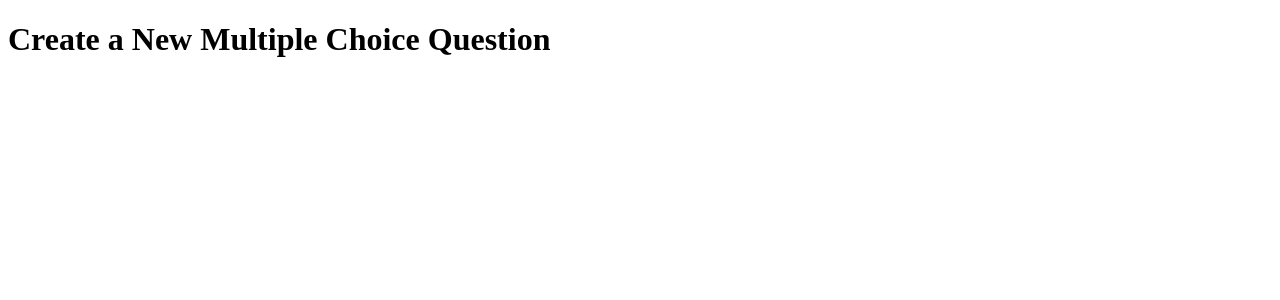
Repository: sarahhtn/CS108_final_project
Page: QuizWebsite/WebContent/CreateMC.html
The author's editor kept a copy of each file at every save. The page is drawn from the files as they stood at one save, then again after the next save.
The browser window is 1280 px wide. The pictures show the whole page.

Above is the page before, as saved 2013-11-16 22:16:56.

### QuizWebsite/WebContent/CreateMC.html
<!DOCTYPE html PUBLIC "-//W3C//DTD HTML 4.01 Transitional//EN" "http://www.w3.org/TR/html4/loose.dtd">
<html>
<head>
<meta http-equiv="Content-Type" content="text/html; charset=UTF-8">
<title>New Multiple Choice Question</title>
</head>
<body>
<h1>Create a New Multiple Choice Question</h1>


</body>
</html>

After the next save:
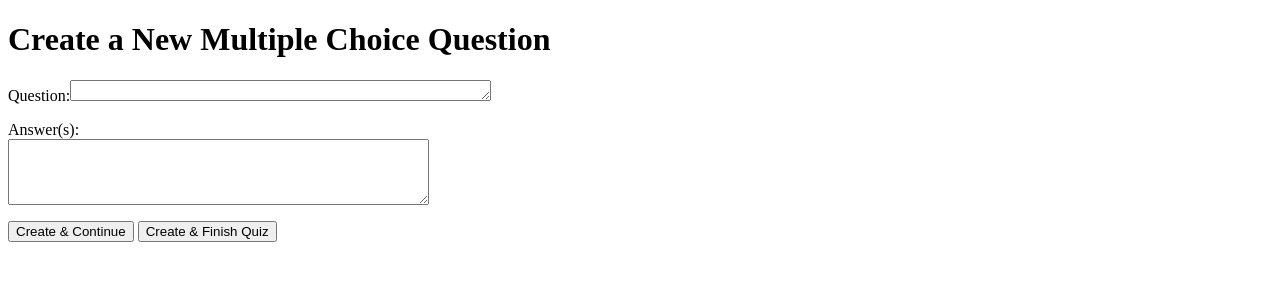
Saved 2 min 4 s later.
--- a/QuizWebsite/WebContent/CreateMC.html
+++ b/QuizWebsite/WebContent/CreateMC.html
@@ -7,6 +7,13 @@
 <body>
 <h1>Create a New Multiple Choice Question</h1>
 
+<form action="MCServlet" method="post">
+<p>Question:<textarea rows = "1" cols = "50" name="question"></textarea> </p>
+<p>Answer(s): <br> <textarea rows = "4" cols = "50" name="answer"></textarea> </p>
+<input type="submit" value="Create & Continue"/>
+<input type="submit" value="Create & Finish Quiz"/>
+</form>
+
 
 </body>
 </html>
